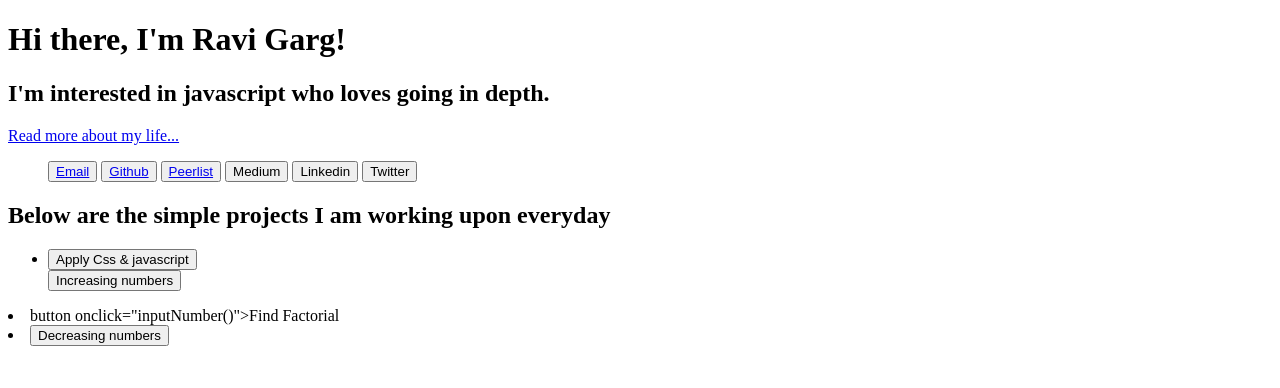
Repository: ravigarg001/musafir
Page: index.html
The author's editor kept a copy of each file at every save. The page is drawn from the files as they stood at one save, then again after the next save.
The browser window is 1280 px wide. The pictures show the whole page.

Above is the page before, as saved 2022-05-02 09:22:07.

After the next save:
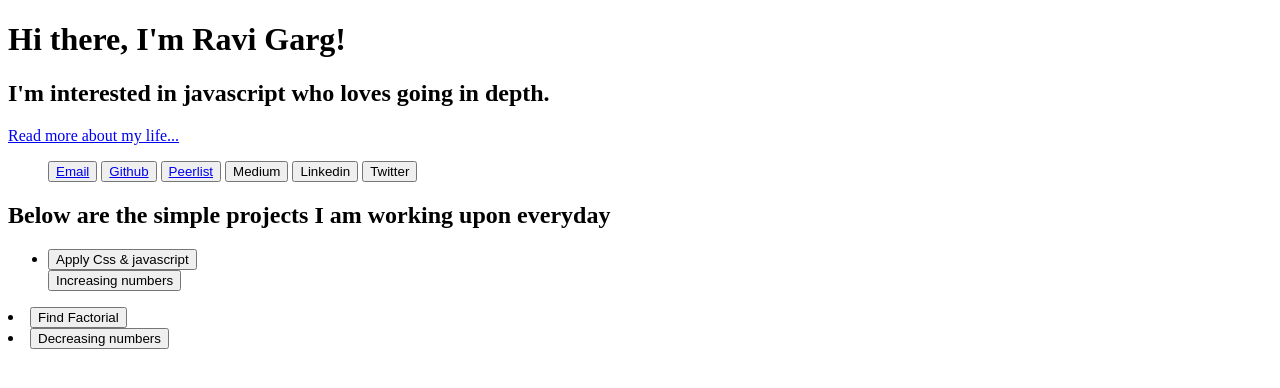
Saved 12 s later.
--- a/index.html
+++ b/index.html
@@ -27,7 +27,7 @@
 <ul>
   <li><button class="cssAdder" onclick="addCssAndJs()">Apply Css & javascript</button></li>
   <button onclick="inputNumber1()">Increasing numbers </button></ul></li>
-  <li>button onclick="inputNumber()">Find Factorial</button></li>
+  <li><button onclick="inputNumber()">Find Factorial</button></li>
   <li><button onclick="inputNumber2()">Decreasing numbers</button></li>
 </ul>
 </footer>
